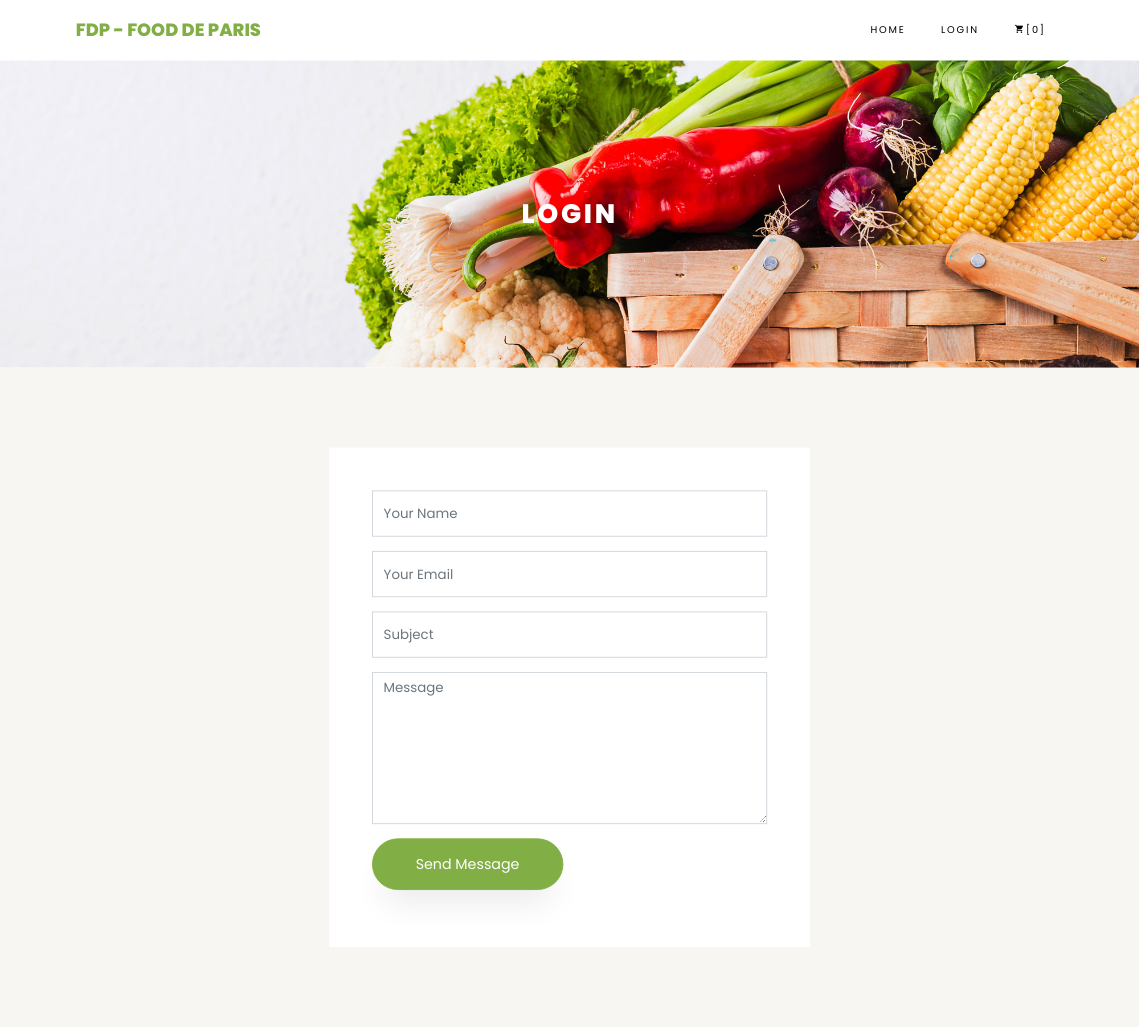
Repository: MacCampers/java-stuff
Page: workspaceJSP/projetRestaurant/WebContent/login.html
The author's editor kept a copy of each file at every save. The page is drawn from the files as they stood at one save, then again after the next save.
The browser window is 1280 px wide. The pictures show the whole page, at 89% of full size.
Some web fonts or font styles are not loaded; a fallback is used.

Above is the page before, as saved 2020-02-07 14:11:57.

After the next save:
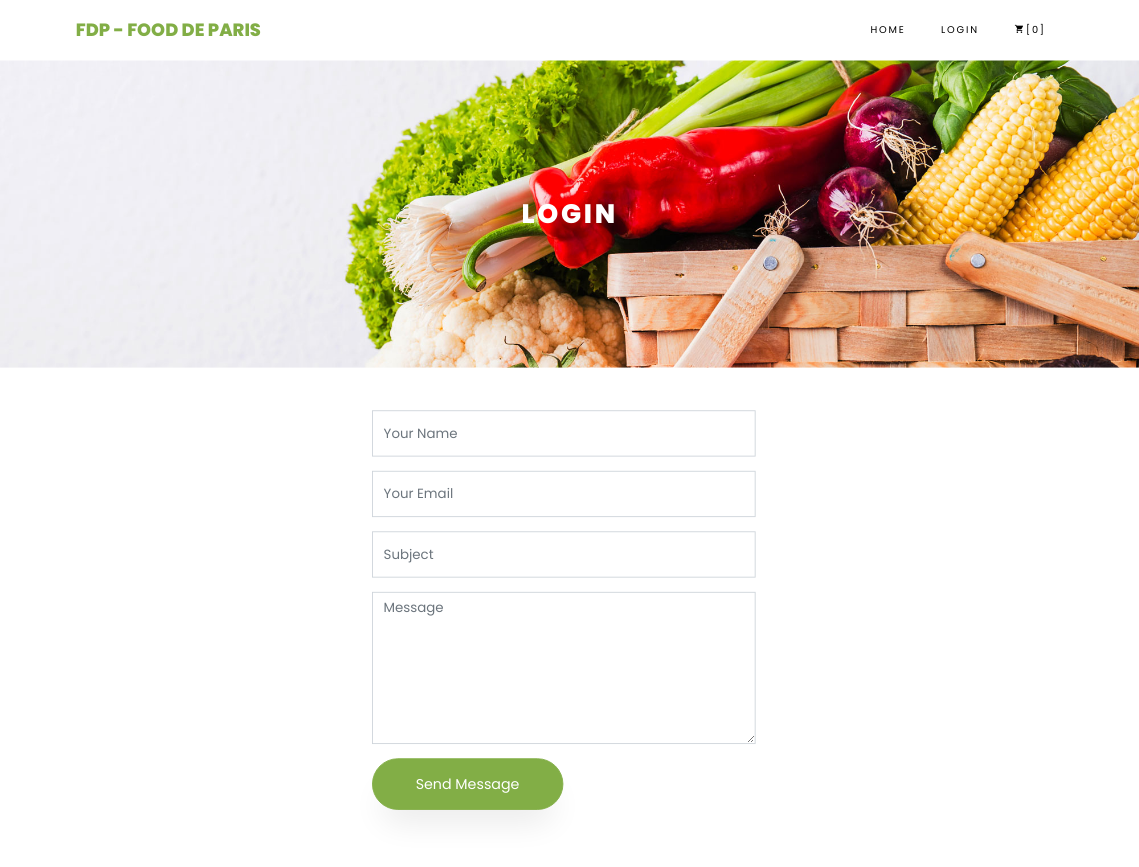
Saved 26 s later.
--- a/workspaceJSP/projetRestaurant/WebContent/login.html
+++ b/workspaceJSP/projetRestaurant/WebContent/login.html
@@ -67,8 +67,6 @@
 			</div>
 		</div>
 	</div>
-
-	<section class="ftco-section contact-section bg-light">
 		<div class="container">
 
 
